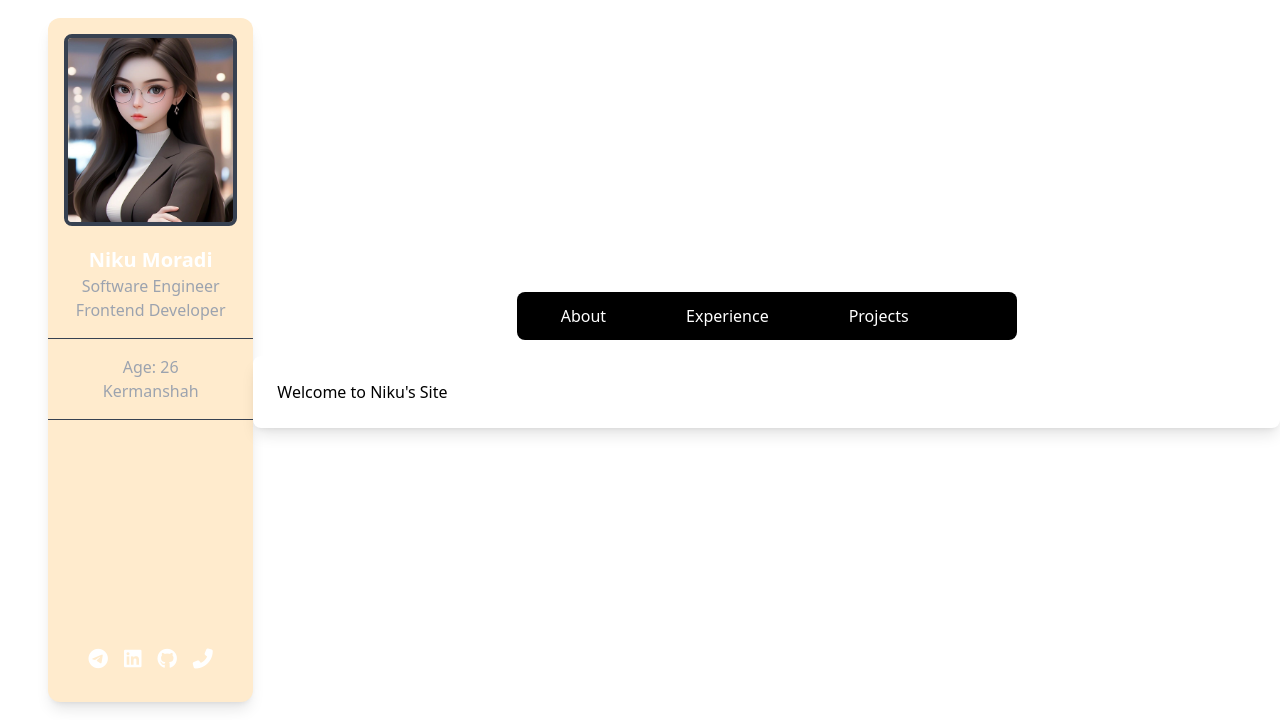
Repository: NikuMoradi/niku-moradi
Page: /
These files come from the project's save history. The page is drawn as it stood at one moment and after the next save; the edit follows.
The browser window is 1280 px wide. The pictures show the whole page.
The project was rebuilt for these pictures with package versions that can differ from the ones it lists, and the page was loaded fresh each time. The framework's server and built-in components were replaced by stand-ins that run in the browser. Also part of the build but not shown: nuxt.config.ts, components/Blog Posts/Component-Design.vue, components/Blog.vue, components/Contact.vue, components/Education.vue, components/Experience.vue, components/Hero.vue, components/MyPage.vue and 2 more.

Above is the page before, as saved 2024-11-28 21:26:07.

After the next save:
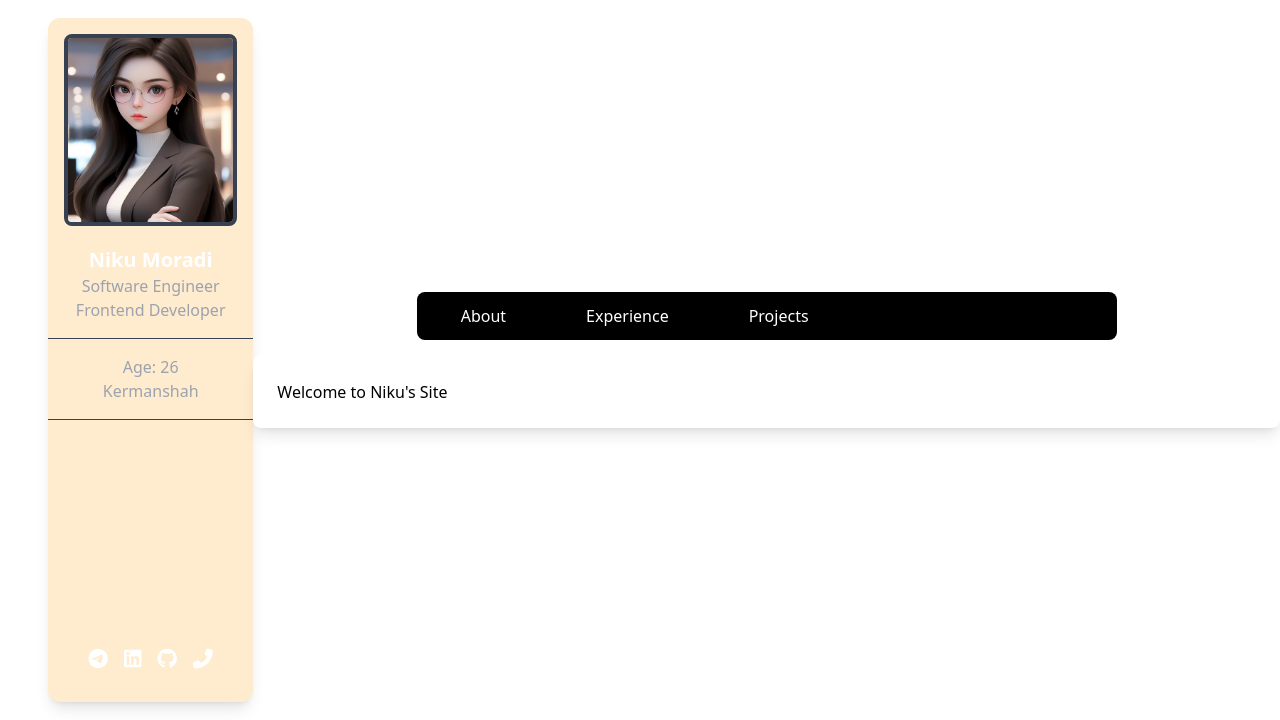
Saved 5 s later.
--- a/layouts/default.vue
+++ b/layouts/default.vue
@@ -5,7 +5,7 @@
 
     <!-- Menu and main content -->
     <div class="flex flex-col w-full max-w-6xl mx-auto">
-      <div class="w-full max-w-[500px] mx-auto mb-4">
+      <div class="w-full max-w-[700px] mx-auto mb-4">
         <Menu />
       </div>
       <!-- Scrollable and Fixed Card Container -->
